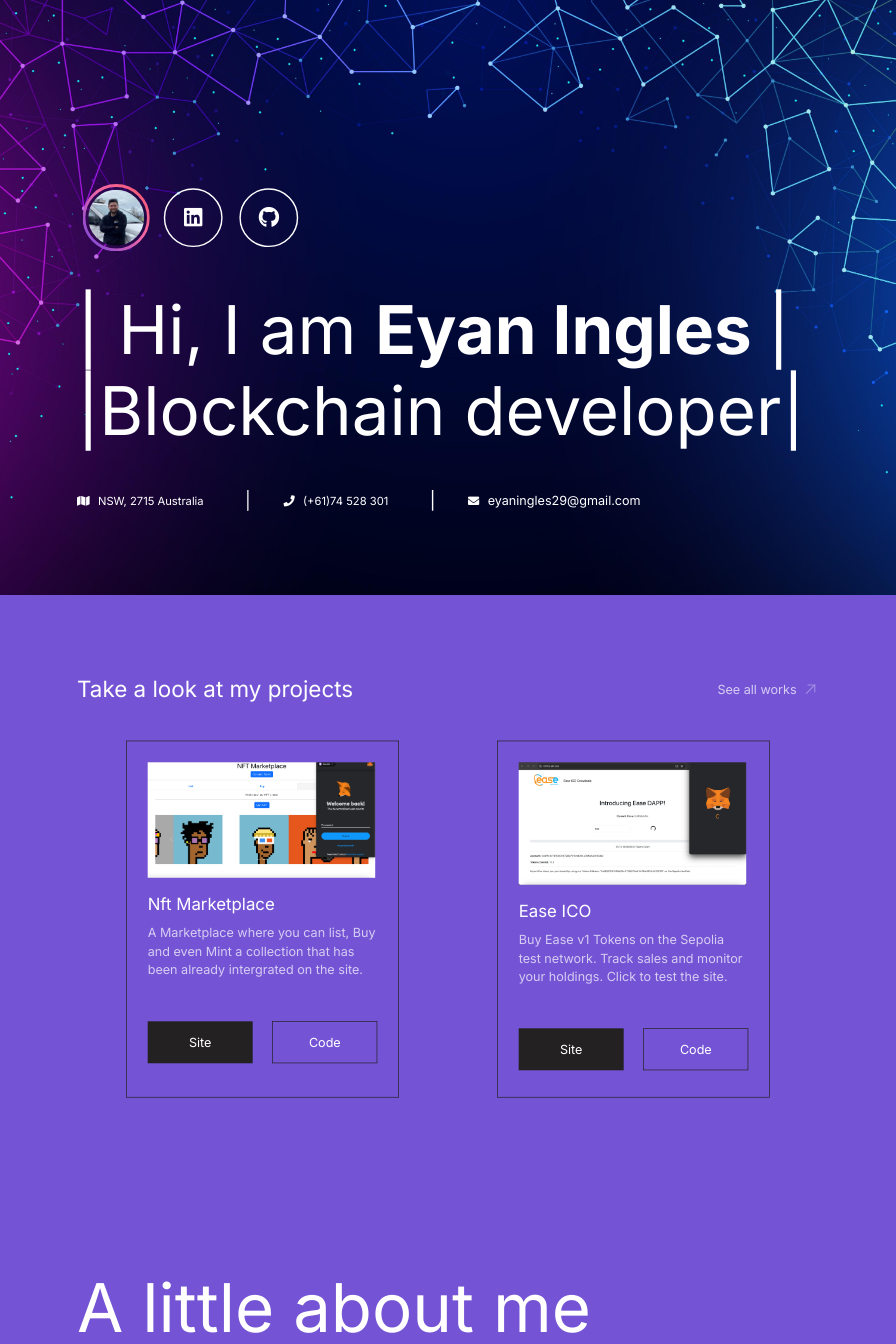
Repository: EyanIngles/Resume
Page: index.html
The author's editor kept a copy of each file at every save. The page is drawn from the files as they stood at one save, then again after the next save.
The browser window is 1280 px wide. The pictures show the part of the page from y = 0 to 1920 px (the page is 4848 px tall), at 70% of full size.

Above is the page before, as saved 2024-06-03 18:33:50.

### index.html
<!DOCTYPE html>
<html lang="en">

<head>
    <meta charset="UTF-8">
    <meta http-equiv="X-UA-Compatible" content="IE=edge">
    <meta name="viewport" content="width=device-width, initial-scale=1.0">
    <meta name="description" content="Blockchain Developer">
    <meta name="author" content="Eyan Ingles">

    <title>Eyan Ingles || Blockchain Developer</title>

    <!-- Google Fonts -->
    <link rel="preconnect" href="https://fonts.googleapis.com">
    <link rel="preconnect" href="https://fonts.gstatic.com" crossorigin>
    <link href="https://fonts.googleapis.com/css2?family=Inter:wght@100;200;300;400;500;600;700;800;900&display=swap"
        rel="stylesheet">

    <!-- Font Awesome -->
    <link href="vendor/fontawesome-free-5.15.4-web/css/all.min.css" rel="stylesheet">

    <!-- Custom styles for this template -->
    <link href="css/resume.css" rel="stylesheet">
</head>

<body>
    <header class="header">
        <div class="header-links flex-start">
            <div class="profile-container">
                <img class="profile" src="./img/profile.jpeg" alt="Profile Picture">
                <img class="ring" src="./img/Ring.svg" alt="Ring Border">
            </div>

            <ul class="flex-list list-items-circle">
                <li>
                    <a href="https://www.linkedin.com/in/eyan-ingles-026738272/">
                        <i class="fab fa-linkedin"></i>
                    </a>
                </li>
                <li>
                    <a href="https://github.com/EyanIngles">
                        <i class="fab fa-github"></i>
                    </a>
                </li>
            </ul>
        </div>

        <h1>
            | Hi, I am <strong>Eyan Ingles </strong>  |<br />
            |Blockchain developer|
        </h1>

        <ul class="contact-details flex-list">
            <i class="fa fa-map"></i><li>NSW, 2715 Australia</li>
            <hr />
            <i class="fa fa-phone"></i><li>(+61)74 528 301</li>
            <hr />
            <i class="fa fa-envelope"></i><li><a href="mailto: EyanIngles@gmail.com" style="border: none;">eyaningles29@gmail.com</a></li>
        </ul>
    </header>
    <main>

        <!-- PROJECTS -->

        <section class="section projects">
            <div class="flex-between">
                <h2>Take a look at my projects</h2>

                <a href="https://www.github.com/" class="projects-link flex-between">
                    See all works <img src="./img/ArrowUpRight.svg" alt="Arrow" style="margin-left: 8px; opacity: 0.7;">
                </a>
            </div>

            <div class="cards flex-center">

                <div class="card">
                    <img src="./img/projects/project1.png" alt="Nft Marketplace">
                    <h3 class="card-title">Nft Marketplace</h3>
                    <p class="card-description">A Marketplace where you can list, Buy and even Mint a collection that has been already intergrated on the site.</p>

                    <div class="card-buttons">
                        <a href="https://marketplacedraft.eth.limo" class="card-button--site">Site</a>
                        <a href="https://github.com/EyanIngles/marketplace-app" class="card-button--code">Code</a>
                    </div>
                </div>

                <div class="card">
                    <img src="./img/projects/project2.png" alt="Nft Marketplace">
                    <h3 class="card-title">Ease ICO </h3>
                    <p class="card-description">Buy Ease v1 Tokens on the Sepolia test network. Track sales and monitor your holdings. Click to test the site.</p>
                    <div class="card-buttons">
                        <a href="https://07922.eth.limo/" class="card-button--site">Site</a>
                        <a href="https://github.com/EyanIngles/ICO" class="card-button--code">Code</a>
                    </div>
                </div>

            </div>
        </section>

        <!-- EXPIERENCE -->

        <section class="section experience">
            <h1>A little about me </h1><br/><hr/><br/>
            <p class="experience-description">
                I am a former electrician and business owner turned blockchain developer. My journey into blockchain
                technology began in 2021 when I discovered Dapp University on YouTube. Eager to dive deeper, I enrolled
                in their masterclasses and mentorship program, significantly enhancing my skills in Solidity and smart contract
                development. Utilizing additional online resources such as YouTube and ChatGPT, I have solidified my knowledge and
                stayed current with industry advancements. I am excited to bring my forward-thinking approach and dedication to quality
                to the blockchain industry.
            </p>

            <h2>Experience</h2>

            <div class="experience-cards flex-center">
                <div class="experience-card">
                    <h3 class="card-title">
                        Online Learning - <span class="highlight">Dabbling with Blockchain Concepts</span>
                    </h3>
                    <p class="card-years">2021-2024</p>

                    <ul class="card-list">
                        <li class="card-list-item">Leveraged online resources such as YouTube and ChatGPT to enhance and solidify my knowledge.</li>
                    </ul>
                </div>
                <div class="experience-card">
                    <h3 class="card-title">
                        Dapp University - <span class="highlight">Masterclasses and Mentorship Entry</span>
                    </h3>
                    <p class="card-years">2023-2024</p>

                    <ul class="card-list">
                        <li class="card-list-item">Currently, I am studying with Dapp University, participating in masterclasses and a mentorship program that have significantly enhanced my skills in blockchain development.</li>
                    </ul>
                </div>
            </div>
        </section>

        <!-- SKILLS -->

        <section class="section skills">
            <h2>Skills that I have</h2>

            <div class="skill-cards flex-center">
                <div class="skill-card flex-center">
                    <i class="fab fa-html5"></i>
                </div>
                <div class="skill-card flex-center">
                    <i class="fab fa-css3-alt"></i>
                </div>
                <div class="skill-card flex-center">
                    <i class="fab fa-js-square"></i>
                </div>
                <div class="skill-card flex-center">
                    <i class="fab fa-react"></i>
                </div>
                <div class="skill-card flex-center">
                    <i class="fab fa-node-js"></i>
                </div>
                <div class="skill-card flex-center">
                    <i class="fab fa-npm"></i>
                </div>
            </div>

            <ul class="skill-list flex-between">
                <li><img src="./img/Check.svg" alt="Checkmark"></li>
            </ul>
        </section>

        <!-- CONTACT -->

        <section class="section contact">
            <div class="contact-links flex-start">
                <div class="profile-container">
                    <img class="profile" src="./img/profile.jpeg" alt="Joe Blow">
                </div>

                <ul class="flex-list list-items-circle">
                    <li>
                        <a href="https://www.linkedin.com/in/eyan-ingles-026738272/">
                            <i class="fab fa-linkedin"></i>
                        </a>
                    </li>
                    <li>
                        <a href="https://github.com/EyanIngles">
                            <i class="fab fa-github"></i>
                        </a>
                    </li>
                </ul>

            </div>

            <h1>
                Get in touch
            </h1>

            <p>I am a former electrician and business owner turned blockchain developer. My interest
                in blockchain technology began in 2021 when I discovered Dapp University on YouTube.
                Since then, I have joined a mentorship program with Dapp University, and I am excited to
                see where my journey in this industry will take me!
            </p>

            <ul class="contact-details flex-list">
                <li>NSW, 2715 Australia</li>
                <hr />
                <li>(+61)74 528 301</li>
                <hr />
                <li><a href="mailto: name@email.com">eyaningles29@email.com</a></li>
            </ul>
        </section>
    </main>
    <footer class="footer flex-center">
        <p><small>© Eyan Ingles 2024. All rights reserved.</small></p>
    </footer>

    <!-- Plugin JavaScript -->
    <script src="vendor/jquery/jquery.min.js"></script>
    <script src="vendor/jquery-easing/jquery.easing.min.js"></script>

    <!-- Custom scripts for this template -->
    <script src="js/resume.js"></script>
</body>

</html>

### css/resume.css
* {
    margin: 0;
    padding: 0;
    box-sizing: border-box;
}

:root {
    --black: #060003;
    --gray: #242123;
    --white: #FFFFFF;
    --blue: #7454d5;
    --border-gradient: linear-gradient(227.58deg, #F4492F -44.04%, #F367A5 42.36%, #553DEB 113.95%);

    --font-96: clamp(56px, 8vw, 96px);
    --font-40: clamp(24px, 6vw, 40px);
    --font-32: clamp(24px, 4vw, 32px);
}

html {
    font-family: "Inter";
    color: var(--white);

    overflow-x: hidden;
}

body {
    background-color: var(--blue);
}

/* TYPOGRAPHY */
h1 {
    font-style: normal;
    font-weight: 400;
    font-size: var(--font-96);
    line-height: 116px;
}

h2 {
    font-weight: 400;
    font-size: var(--font-32);
    line-height: 150%;
    margin-bottom: 30px;
}

p,
a {
    font-weight: 400;
    font-size: 18px;
    line-height: 150%;
    text-decoration: none;
}

p {
    opacity: 0.7;
}

/* LAYOUTS */

.flex-center {
    display: flex;
    justify-content: center;
    align-items: center;
}

.flex-start {
    display: flex;
    justify-content: flex-start;
    align-items: center;
}

.flex-between {
    display: flex;
    justify-content: space-between;
    align-items: center;
    flex-wrap: wrap;
}

/* === UNIVERSAL STYLES === */

/* List */

.flex-list {
    display: flex;
    justify-content: center;
    align-items: center;
    flex-wrap: wrap;
    list-style: none;
}

.flex-list li {
    margin: 12px;
    transition: 250ms ease all;
}

.flex-list li a {
    color: var(--white);
    text-decoration: none;
    opacity: 1;

    display: block;
    transition: 250ms ease all;
}

.list-items-circle li a {
    border: 2px solid var(--white);
    border-radius: 50%;
}

.list-items-circle li a:hover {
    background-color: var(--white);
    border: 2px solid var(--white);
}

.list-items-circle li a .fab {
    width: 80px;
    height: 80px;
    font-size: 30px;

    display: flex;
    justify-content: center;
    align-items: center;
    border-radius: 50%;

    transition: 250ms ease all;
}

.list-items-circle li a:hover .fab {
    color: var(--black);
}

.contact .list-items-circle li a {
    border: 2px solid var(--white);
}

.contact .list-items-circle li a:hover {
    background-color: var(--white);
    border: 2px solid var(--white);
}

.flex-list hr {
    height: 30px;
    margin: 0 50px;
}

/* Profile Image */

.profile-container {
    min-width: 88px;
    width: 88px;
    height: 88px;
    margin: 12px;
    position: relative;
}

.profile-container .profile {
    position: absolute;
    top: 50%;
    left: 50%;
    transform: translate(-50%, -50%);

    width: 80px;
    height: 80px;
    border-radius: 50%;
}

.profile-container .ring {
    position: absolute;
    top: 50%;
    left: 50%;
    transform: translate(-50%, -50%);
}

.header,
.section {
    min-height: 850px;
    padding: 110px;
}

/* HEADER */

.header {
    background-image: url('../img/Background.jpg');
    background-repeat: no-repeat;
    background-size: cover;

    display: flex;
    flex-direction: column;
    justify-content: flex-end;
    align-items: flex-start;
}

.header .header-links,
.contact .contact-links,
.header h1 {
    color: var(--white);
    margin-bottom: 45px;
}

.header .flex-list {
    color: var(--white);
}

.header .flex-list li a {
    color: var(--white);
}

.header .flex-list li:hover,
.header .flex-list li a:hover {
    color: var(--blue);
}

.header .flex-list hr {
    border: 1px solid var(--white);
}

/* === ABOUT === */

.about {
    background-image: url('../img/Vector.png');
    background-repeat: no-repeat;
    background-size: cover;
    background-position: center;
}

.about h2 {
    max-width: 900px;
    font-weight: 400;
    font-size: var(--font-40);
    line-height: 150%;

    margin-bottom: 180px;
}

.about .achievements {
    list-style: none;

}

.about .achievements li {
    margin: 15px 0;
}

/* === PROJECTS === */

.projects .projects-link {
    color: var(--white);
    margin-bottom: 30px;

    opacity: 0.7;
    transition: 250ms ease all;
}

.projects .projects-link:hover {
    opacity: 1;
}

.projects .cards {
    justify-content: space-evenly;
    flex-wrap: wrap;
}

.projects .card {
    border: 1px solid var(--gray);

    height: 510px;
    max-width: 390px;
    padding: 30px;
    margin: 20px auto;
}

.projects .card img {
    width: 100%;
    max-width: 325px;
    height: auto;
    margin: 0 auto 16px;
}

.projects .card .card-title {
    font-weight: 400;
    font-size: 24px;
    line-height: 150%;
    margin-bottom: 8px;
}

.projects .card .card-description {
    margin-bottom: 60px;
}

.projects .card .card-buttons {
    display: flex;
    justify-content: space-between;
}

.projects .card .card-buttons .card-button--site,
.projects .card .card-buttons .card-button--code {
    width: 150px;
    height: 60px;

    display: flex;
    justify-content: center;
    align-items: center;

    opacity: 1;
    color: var(--white);

    transition: 250ms ease all;
}

.projects .card .card-buttons .card-button--site {
    background-color: var(--gray);
}

.projects .card .card-buttons .card-button--code {
    border: 1px solid var(--gray);
}

.projects .card .card-buttons .card-button--site:hover,
.projects .card .card-buttons .card-button--code:hover {
    background-color: var(--white);
    color: var(--black);
}

/* === EXPERIENCE === */

.experience-description {
    max-width: 900px;
    margin-bottom: 125px;

    font-weight: 400;
    font-size: var(--font-32);
    line-height: 150%;

    opacity: 1;
    position: relative;
}

.experience-description img {
    position: absolute;
    top: 50%;
    right: -200px;
    transform: translate(-50%, -50%);

    pointer-events: none;
}

.experience h2 {
    border-left: 2px solid var(--white);
    padding-left: 24px;
}

.experience .experience-cards {
    justify-content: flex-start;
    align-items: flex-start;
    flex-wrap: wrap;
}

.experience .experience-card {
    width: 370px;
    padding: 0 30px 30px 0;
}

.experience .experience-card .card-title {
    font-size: 18px;
    line-height: 150%;
}

.experience .experience-card .card-title .highlight {
    opacity: 0.7;
    font-weight: 400;
}

.experience .experience-card .card-years {
    color: var(--blue);
    font-weight: 500;
    font-size: 18px;
    line-height: 150%;
    margin-bottom: 24px;
    opacity: 1;
}

.experience .experience-card .card-list .card-list-item {
    margin: 0 0 16px 16px;
    opacity: 0.7;
}

/* === SKILLS === */

.skills {
    background-image: url('../img/Vector.png');
    background-repeat: no-repeat;
    background-size: cover;
}

.skills .skill-cards {
    flex-wrap: wrap;
}

.skills .skill-card {
    background-image: url('../img/background2.jpg');
    background-repeat: no-repeat;
    background-size: cover;
    background-color: #060003;
    background-blend-mode: darken;
    width: 170px;
    height: 170px;
    margin: 0 30px 30px 0;
    border: 1px solid var(--gray);

    cursor: pointer;

    transition: 500ms ease all;
}

.skills .skill-card .fab {
    font-size: 80px;
    opacity: 0.7;
    transition: 500ms ease all;
}

.skills .skill-card:hover {
    background-blend-mode: normal;
}

.skills .skill-card:hover .fab {
    opacity: 1;
}

.skills .skill-list {
    list-style: none;
    flex-wrap: wrap;
}

.skills .skill-list li {
    display: flex;
    justify-content: center;
    align-items: center;
}

.skills .skill-list li img {
    margin: 10px;
}

/* === CONTACT === */

.contact {
    display: flex;
    flex-direction: column;
    justify-content: center;
    align-items: flex-start;
}

.contact h1,
.contact p {
    max-width: 750px;
    margin-bottom: 45px;
}

.contact .flex-list li:hover,
.contact .flex-list li a:hover {
    color: var(--blue);
}

/* === FOOTER === */

.footer {
    min-height: 88px;
    background-color: var(--gray);
}

/* === MEDIA STYLES === */

@media all and (max-width: 1200px) {
    .contact-details {
        align-items: flex-start;
        flex-direction: column;
    }

    .contact-details li {
        margin: 10px;
    }

    .contact-details li a {
        margin: 0;
    }

    .contact-details hr {
        display: none;
    }
}

@media all and (max-width: 992px) {
    .skills .skill-card {
        width: 125px;
        height: 125px;
    }
}

@media all and (max-width: 767px) {

    .header,
    .section {
        padding: 40px;
    }
}

### js/resume.js
// Include JavaScript Functionality Here...

Loaded but not shown: vendor/fontawesome-free-5.15.4-web/css/all.min.css (library); vendor/jquery/jquery.min.js (library); vendor/jquery-easing/jquery.easing.min.js (common file)

After the next save:
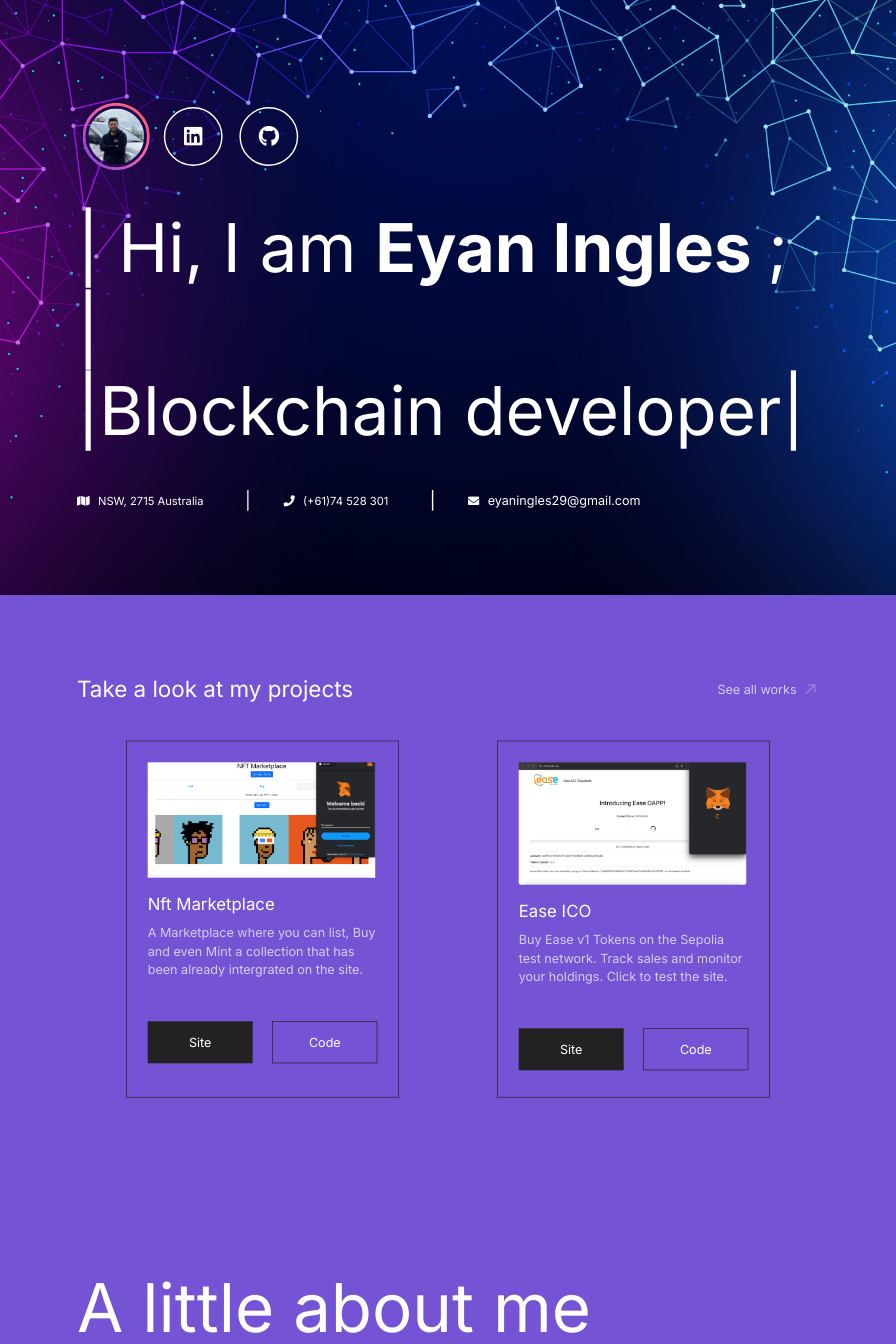
Saved 5 s later.
--- a/index.html
+++ b/index.html
@@ -46,7 +46,7 @@
         </div>
 
         <h1>
-            | Hi, I am <strong>Eyan Ingles </strong>  |<br />
+            | Hi, I am <strong>Eyan Ingles </strong> ; |<br />
             |Blockchain developer|
         </h1>
 

After the save that followed:
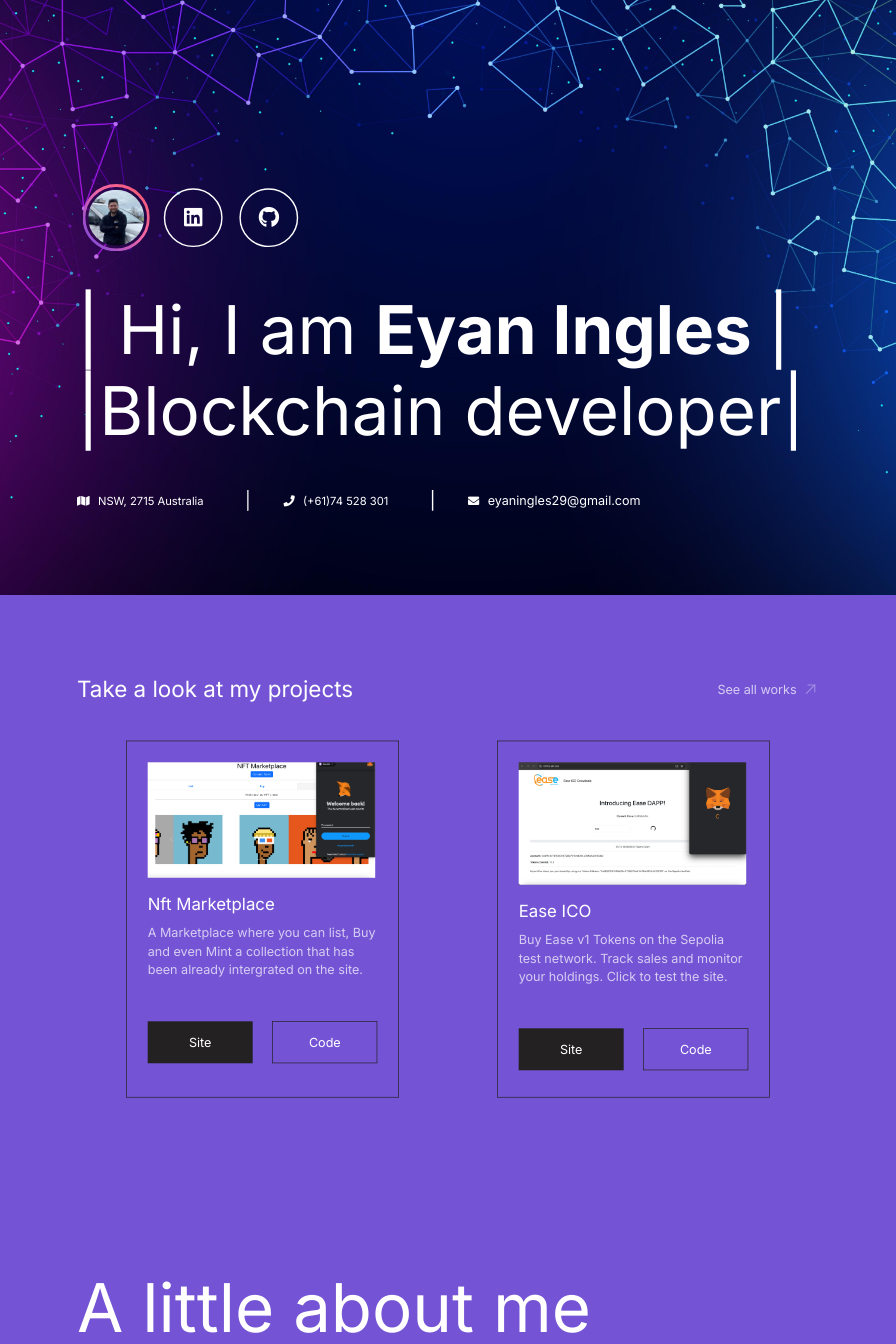
Saved 4 s later.
--- a/index.html
+++ b/index.html
@@ -46,7 +46,7 @@
         </div>
 
         <h1>
-            | Hi, I am <strong>Eyan Ingles </strong> ; |<br />
+            | Hi, I am <strong>Eyan Ingles </strong>  |<br />
             |Blockchain developer|
         </h1>
 
